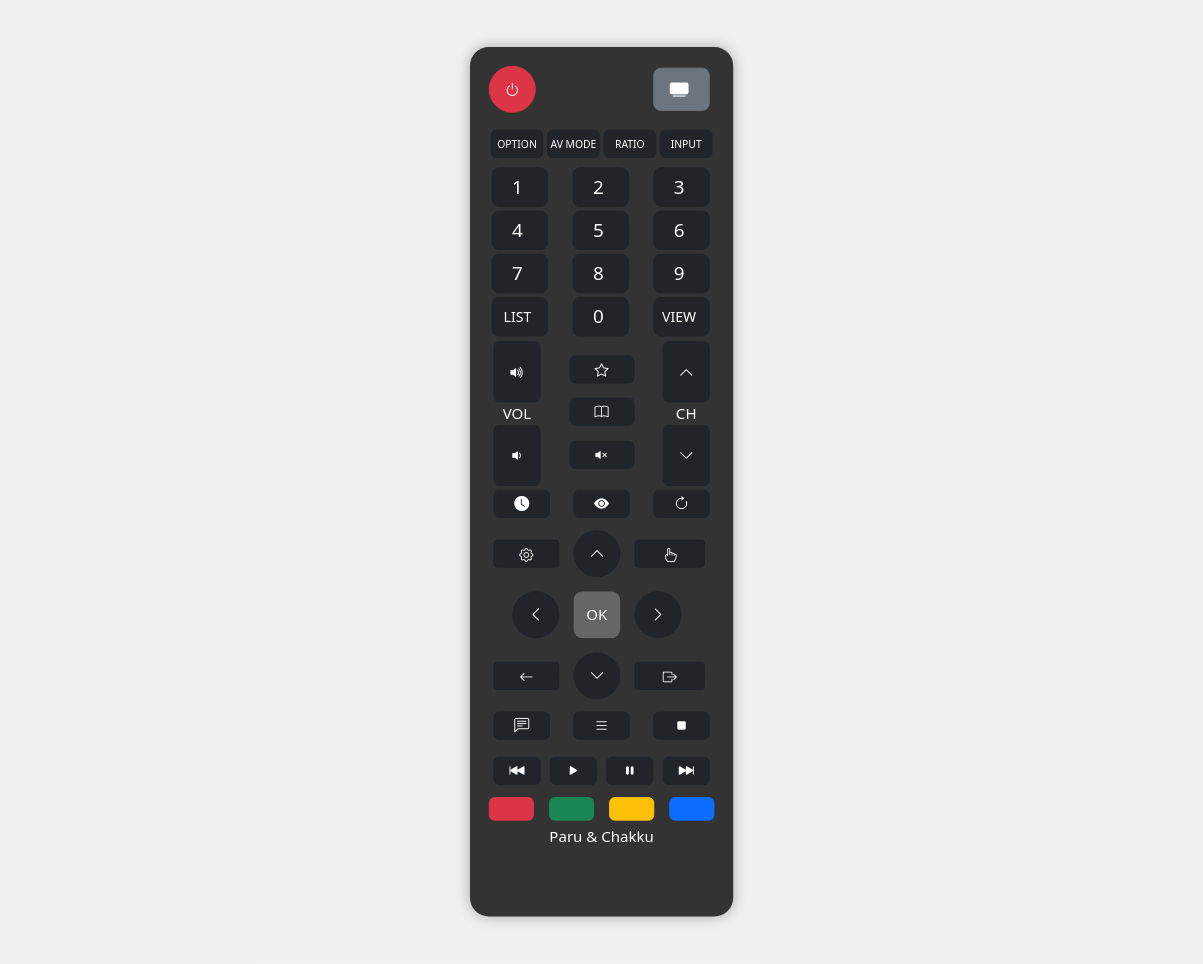
Repository: manumohan/custom-remote
Page: data/index.html
These files come from the project's save history. The page is drawn as it stood at one moment and after the next save; the edit follows.
The browser window is 1280 px wide. The pictures show the whole page, at 94% of full size.

Above is the page before, as saved 2024-09-07 22:44:10.

### data/index.html
<!DOCTYPE html>
<html lang="en">
<head>
  <meta charset="UTF-8">
  <meta name="viewport" content="width=device-width, initial-scale=1.0">
  <title>LG AKB74475401 Remote Control</title>
  <link href="https://cdn.jsdelivr.net/npm/bootstrap@5.3.0-alpha1/dist/css/bootstrap.min.css" rel="stylesheet">
  <link href="https://cdn.jsdelivr.net/npm/bootstrap-icons/font/bootstrap-icons.css" rel="stylesheet">
  <style>
    body {
      background-color: #f0f0f0;
      text-align: center;
    }

    .remote-control {
      display: flex;
      flex-direction: column;
      align-items: center;
      background-color: #333;
      padding: 20px;
      border-radius: 20px;
      width: 280px; /* Remote width */
      margin: 50px auto;
      box-shadow: 0 0 15px rgba(0, 0, 0, 0.3);
    }

    .btn-lg {
      padding: 5px 5px 5px 0px;
      width: 60px;
      margin: 2px 5px 2px 3px;
    }

    .fnt-15 {
      font-size: 15px;
    }

    .btn-sp4 {
      padding: 0px;
      width: 60px;
      margin: 2px 2px 0px 2px;
      font-size: 11px;
      height: 30px;
    }

    .btn-sp3 {
      padding: 0px 20px;
      width: 69px;
      margin: 10px 2px 0px 2px;
      font-size: 15px;
      height: 30px;
    }

    .btn-sp {
      padding: 0px;
      width: 60px; /* Number button width */
      margin: 5px;
      height: 30px;
    }

    .btn-vol {
      padding: 8px; /* Button padding */
      width: 70px; /* Number button width */
      margin: 3px;
    }

    .btn-nav {
      height: 30px;
      margin: 10px 0 0 0;
      font-size: 15px;
    }

    .btn-icon {
      font-size: 24px;
    }

    .btn-circle {
      border-radius: 50%;
      width: 50px; /* Circle button size */
      height: 50px;
      display: inline-flex;
      justify-content: center;
      align-items: center;
    }

    .nav-section {
      display: grid;
      grid-template-columns: 50px 50px 50px; /* Navigation button grid */
      grid-template-rows: 50px 50px 50px;
      justify-content: center;
      gap: 15px;
      margin-left: 25px;
    }

    .ml20 {
      margin-left: -20px;
    }

    .mr25 {
      margin-right: -25px;
    }

    .ch-vol-sp {
      color: white;
      padding: 5px;
    }

    .nav-section-vol {
      display: grid;
      justify-content: center;
    }

    .btn-ok {
      width: 50px; /* OK button size */
      height: 50px;
      border-radius: 10px;
      display: flex;
      justify-content: center;
      align-items: center;
      background-color: #666;
    }

    .color-buttons button {
      width: 20%;
      height: 25px; /* Color button height */
    }

    .btn-volume {
      width: 50px;
      margin: -5px 5px -5px 5px;
      height: 65px;
    }
  </style>
</head>
<body>
  <div class="remote-control">
    <!-- Power and Input Buttons -->
    <div class="d-flex justify-content-between w-100 mb-3">
      <button class="btn btn-danger btn-circle" data-bs-toggle="tooltip" data-bs-placement="top" onclick="sendIR('power')" title="Power">
        <i class="bi bi-power"></i>
      </button>
      <button class="btn btn-secondary btn-lg" data-bs-toggle="tooltip" data-bs-placement="top" onclick="sendIR('tv')" title="TV">
        <i class="bi bi-tv-fill"></i>
      </button>
    </div>

    <div class="d-flex justify-content-between w-100 mb-2">
      <button class="btn btn-dark btn-sp4" onclick="sendIR('option')">OPTION</button>
      <button class="btn btn-dark btn-sp4" onclick="sendIR('avmode')">AV MODE</button>
      <button class="btn btn-dark btn-sp4" onclick="sendIR('ratio')">RATIO</button>
      <button class="btn btn-dark btn-sp4" onclick="sendIR('input')">INPUT</button>
    </div>

    <!-- Number Buttons -->
    <div class="d-flex flex-wrap justify-content-between mb-2">
      <button class="btn btn-dark btn-lg" onclick="sendIR('one')">1</button>
      <button class="btn btn-dark btn-lg" onclick="sendIR('two')">2</button>
      <button class="btn btn-dark btn-lg" onclick="sendIR('three')">3</button>
      <button class="btn btn-dark btn-lg" onclick="sendIR('four')">4</button>
      <button class="btn btn-dark btn-lg" onclick="sendIR('five')">5</button>
      <button class="btn btn-dark btn-lg" onclick="sendIR('six')">6</button>
      <button class="btn btn-dark btn-lg" onclick="sendIR('seven')">7</button>
      <button class="btn btn-dark btn-lg" onclick="sendIR('eight')">8</button>
      <button class="btn btn-dark btn-lg" onclick="sendIR('nine')">9</button>
      <button class="btn btn-dark btn-lg fnt-15" onclick="sendIR('list')">LIST</button>
      <button class="btn btn-dark btn-lg" onclick="sendIR('zero')">0</button>
      <button class="btn btn-dark btn-lg fnt-15" onclick="sendIR('view')">VIEW</button>
    </div>

    <!-- Navigation Section with Volume/Channel on sides -->
    <div class="d-flex justify-content-between w-100 mb-1">
      <div class="d-flex flex-column">
        <button class="btn btn-dark btn-volume" onclick="sendIR('vol_up')">
          <i class="bi bi-volume-up-fill"></i>
        </button>
        <span class="ch-vol-sp">VOL</span>
        <button class="btn btn-dark btn-volume" onclick="sendIR('vol_down')">
          <i class="bi bi-volume-down-fill"></i>
        </button>
      </div>

      <!-- Navigation Section Layout -->
      <div class="nav-section-vol">
        <div class="d-flex flex-wrap justify-content-center mb-2">
          <button class="btn btn-dark btn-sp3" data-bs-toggle="tooltip" data-bs-placement="top" title="Favorite" onclick="sendIR('fav')">
            <i class="bi bi-star"></i>
          </button>
          <button class="btn btn-dark btn-sp3" data-bs-toggle="tooltip" data-bs-placement="top" title="Guide" onclick="sendIR('guide')">
            <i class="bi bi-book"></i>
          </button>
          <button class="btn btn-dark btn-sp3" data-bs-toggle="tooltip" data-bs-placement="top" title="Mute" onclick="sendIR('mute')">
            <i class="bi bi-volume-mute-fill"></i>
          </button>
        </div>
      </div>

      <div class="d-flex flex-column">
        <button class="btn btn-dark btn-volume" onclick="sendIR('ch_up')">
          <i class="bi bi-chevron-up"></i>
        </button>
        <span class="ch-vol-sp">CH</span>
        <button class="btn btn-dark btn-volume" onclick="sendIR('ch_down')">
          <i class="bi bi-chevron-down"></i>
        </button>
      </div>
    </div>

    <div class="d-flex justify-content-between w-100 mb-2">
      <button class="btn btn-dark btn-sp" data-bs-toggle="tooltip" data-bs-placement="top" title="Time" onclick="sendIR('time')">
        <i class="bi bi-clock-fill"></i>
      </button>
      <button class="btn btn-dark btn-sp" data-bs-toggle="tooltip" data-bs-placement="top" title="Reveal" onclick="sendIR('reveal')">
        <i class="bi bi-eye-fill"></i>
      </button>
      <button class="btn btn-dark btn-sp" data-bs-toggle="tooltip" data-bs-placement="top" title="Update" onclick="sendIR('update')">
        <i class="bi bi-arrow-clockwise"></i>
      </button>
    </div>

    <!-- Navigation Section with Volume/Channel on sides -->
    <div class="d-flex justify-content-between w-100 mb-2">
      <!-- Navigation Section Layout -->
      <div class="nav-section">
        <button class="btn btn-dark btn-sm btn-nav ml20" data-bs-toggle="tooltip" data-bs-placement="top" title="Settings" onclick="sendIR('setting')">
          <i class="bi bi-gear"></i>
        </button><!-- Empty space in the grid -->
        <button class="btn btn-dark btn-circle" onclick="sendIR('nav_up')">
          <i class="bi bi-chevron-up"></i>
        </button>
        <button class="btn btn-dark btn-sm btn-nav mr25" data-bs-toggle="tooltip" data-bs-placement="top" title="Hold" onclick="sendIR('hold')">
          <i class="bi bi-hand-index"></i>
        </button><!-- Empty space in the grid -->
        <button class="btn btn-dark btn-circle" onclick="sendIR('nav_left')">
          <i class="bi bi-chevron-left"></i>
        </button>
        <button class="btn btn-ok text-white" onclick="sendIR('nav_ok')">OK</button>
        <button class="btn btn-dark btn-circle" onclick="sendIR('nav_right')">
          <i class="bi bi-chevron-right"></i>
        </button>
        <button class="btn btn-dark btn-sm btn-nav ml20" data-bs-toggle="tooltip" data-bs-placement="top" title="Back" onclick="sendIR('back')">
          <i class="bi bi-arrow-left"></i>
        </button><!-- Empty space in the grid -->
        <button class="btn btn-dark btn-circle" onclick="sendIR('nav_down')">
          <i class="bi bi-chevron-down"></i>
        </button>
        <button class="btn btn-dark btn-sm btn-nav mr25" data-bs-toggle="tooltip" data-bs-placement="top" title="Exit" onclick="sendIR('exit')">
          <i class="bi bi-box-arrow-right"></i>
        </button>
      </div>
    </div>

    <!-- Playback Buttons with Icons -->
    <div class="d-flex justify-content-between w-100 mb-2">
      <button class="btn btn-dark btn-sp" data-bs-toggle="tooltip" data-bs-placement="top" title="Text" onclick="sendIR('text')">
        <i class="bi bi-chat-left-text"></i>
      </button>
      <button class="btn btn-dark btn-sp" data-bs-toggle="tooltip" data-bs-placement="top" title="Index" onclick="sendIR('index')">
        <i class="bi bi-list"></i>
      </button>
      <button class="btn btn-dark btn-sp" data-bs-toggle="tooltip" data-bs-placement="top" title="Stop" onclick="sendIR('stop')">
        <i class="bi bi-stop-fill"></i>
      </button>
    </div>

    <!-- Playback Buttons with Icons -->
    <div class="d-flex justify-content-between w-100 mb-2">
      <button class="btn btn-dark btn-sp" onclick="sendIR('play_bk')">
        <i class="bi bi-skip-backward-fill"></i>
      </button>
      <button class="btn btn-dark btn-sp" onclick="sendIR('play')">
        <i class="bi bi-play-fill"></i>
      </button>
      <button class="btn btn-dark btn-sp" onclick="sendIR('pause')">
        <i class="bi bi-pause-fill"></i>
      </button>
      <button class="btn btn-dark btn-sp" onclick="sendIR('play_fwd')">
        <i class="bi bi-skip-forward-fill"></i>
      </button>
    </div>

    <!-- Color Buttons -->
    <div class="d-flex justify-content-between w-100 color-buttons">
      <button class="btn btn-danger" data-bs-toggle="tooltip" data-bs-placement="top" title="Red" onclick="sendIR('red')"></button>
      <button class="btn btn-success" data-bs-toggle="tooltip" data-bs-placement="top" title="Green" onclick="sendIR('green')"></button>
      <button class="btn btn-warning" data-bs-toggle="tooltip" data-bs-placement="top" title="Yellow" onclick="sendIR('yellow')"></button>
      <button class="btn btn-primary" data-bs-toggle="tooltip" data-bs-placement="top" title="Blue" onclick="sendIR('blue')"></button>
    </div>

    <div class="d-flex justify-content-center w-100 mb-5">
      <span class="ch-vol-sp">Paru & Chakku</span>
    </div>
  </div>

  <script src="https://cdn.jsdelivr.net/npm/bootstrap@5.3.0-alpha1/dist/js/bootstrap.bundle.min.js"></script>
  <script>
    // Initialize tooltips
    var tooltipTriggerList = [].slice.call(document.querySelectorAll('[data-bs-toggle="tooltip"]'));
    var tooltipList = tooltipTriggerList.map(function (tooltipTriggerEl) {
      return new bootstrap.Tooltip(tooltipTriggerEl);
    });
  </script>
   <script>
    function sendIR(action) {
        fetch(`/send_ir?action=${action}`)
            .then(response => response.text())
            .catch(error => console.error('Error:', error));
    }
</script>
</body>
</html>

After the next save:
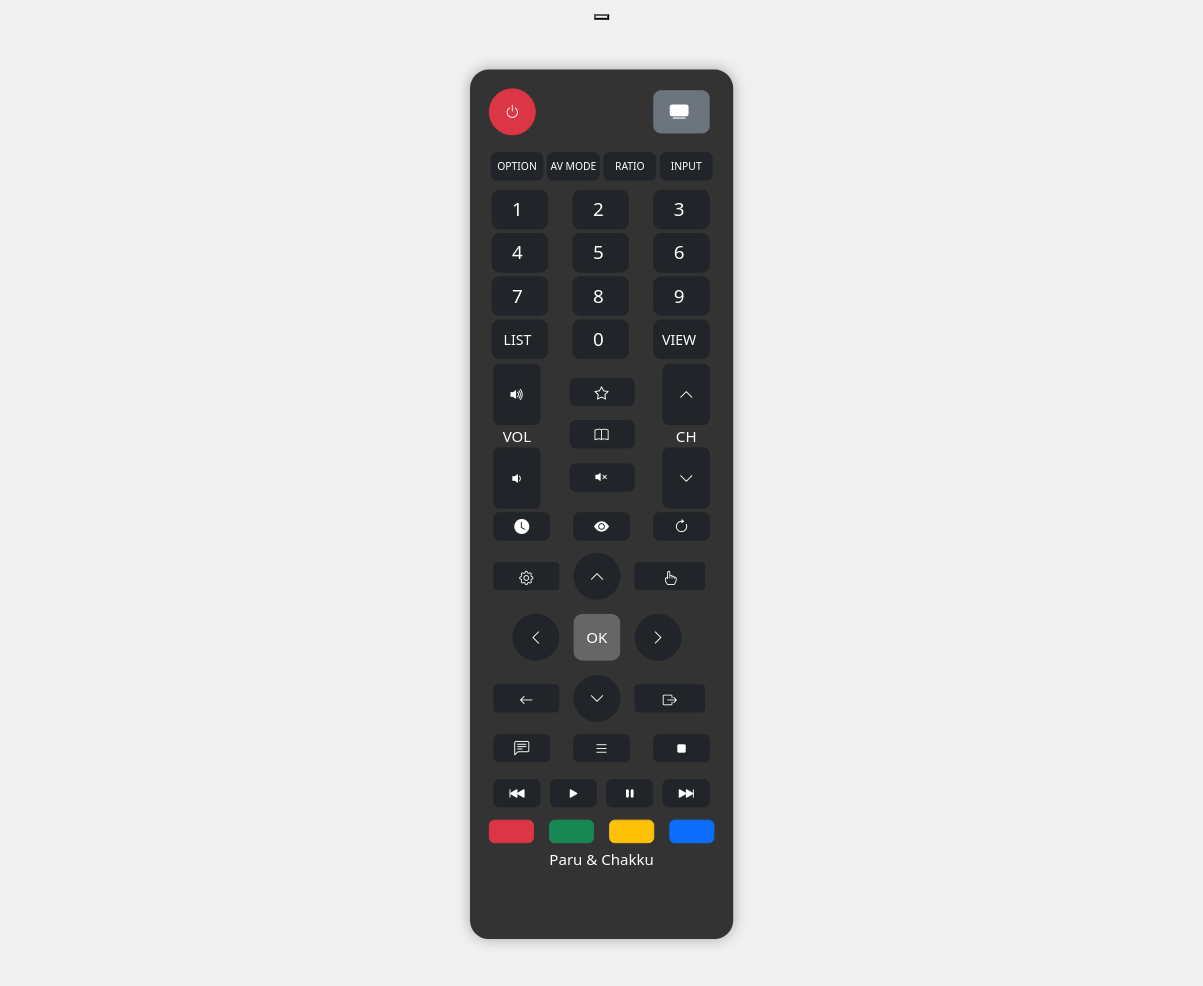
Saved 14 h 10 min later.
--- a/data/index.html
+++ b/data/index.html
@@ -132,6 +132,9 @@
   </style>
 </head>
 <body>
+  <div>
+    <button id="btnConfigure" title="Configure Remote"></button>
+  </div>
   <div class="remote-control">
     <!-- Power and Input Buttons -->
     <div class="d-flex justify-content-between w-100 mb-3">
